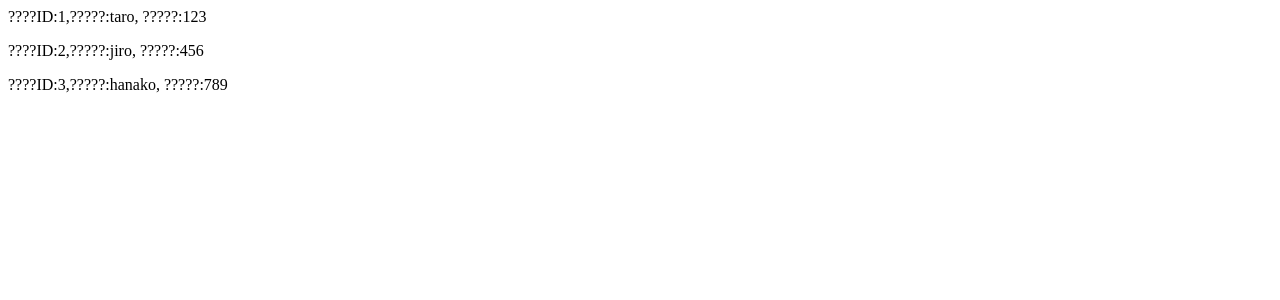
Repository: asian-sea/test
Page: http://localhost/HelloServlet/MySQLServlet
An editor plug-in stored every save of this project. The page is shown before and after the next save, followed by the edit.
The browser window is 1280 px wide. The pictures show the whole page.
The page is served by Tomcat 9. Other server files are loaded and not shown. The database holds what the project's SQL file puts in it.

Above is the page before, as saved 2019-02-13 11:31:40.

### HelloServlet/src/MySQLServlet.java


import java.io.IOException;
import java.io.PrintWriter;
import java.sql.Connection;
import java.sql.DriverManager;
import java.sql.ResultSet;
import java.sql.SQLException;
import java.sql.Statement;

import javax.servlet.ServletException;
import javax.servlet.annotation.WebServlet;
import javax.servlet.http.HttpServlet;
import javax.servlet.http.HttpServletRequest;
import javax.servlet.http.HttpServletResponse;

@WebServlet("/MySQLServlet")
public class MySQLServlet extends HttpServlet {
	private static final long serialVersionUID = 1L;

    public MySQLServlet() {
        super();
    }

	protected void doGet(HttpServletRequest request, HttpServletResponse response) throws ServletException, IOException {
		request.setCharacterEncoding("UTF-8");
		response.setContentType("text/html; charaset=UTF-8");

		PrintWriter out=response.getWriter();

		out.println("<html>");
		out.println("<head>");
		out.println("<title>データベーステスト</title>");
		out.println("</head>");
		out.println("<body>");

		Connection conn = null;
		String url ="jdbc:mysql://localhost/testdb";
		String user ="root";
		String password = "mysql";

		try{
			Class.forName("com.mysql.jdbc.Driver").newInstance();
			conn = DriverManager.getConnection(url, user, password);

			Statement stmt = conn.createStatement();
			String sql = "SELECT * FROM test_table";
			ResultSet rs = stmt.executeQuery(sql);

			while(rs.next()){
				int userId = rs.getInt("user_id");
				String userName = rs.getString("user_name");
				String userPassword = rs.getString("password");
				out.println("<p>");
				out.println("ユーザーID:"+ userId + ",ユーザー名:"+ userName+", パスワード:"+userPassword);
				out.println("</p>");
			}

			rs.close();
			stmt.close();
		}catch(ClassNotFoundException e){
			out.println("ClassNotFoundException:"+ e.getMessage());
		}catch(SQLException e){
			out.println("SQLException:"+ e.getMessage());
		}catch(Exception e){
			out.println("Exception:"+ e.getMessage());
		}finally{
			try{
				if(conn !=null){
					conn.close();
				}
			}catch(SQLException e){
				out.println("SQLException:"+ e.getMessage());
			}
		}

		out.println("</body>");
		out.println("</html>");
	}

}

### HelloServlet/sql/testdb.sql (the tables this page reads)
create table test_table(
user_id int,
user_name varchar(255),
password varchar(255)
);

insert into test_table values(1,"taro","123");

insert into test_table values(2,"jiro","456");

insert into test_table values(3,"hanako","789");

After the next save:
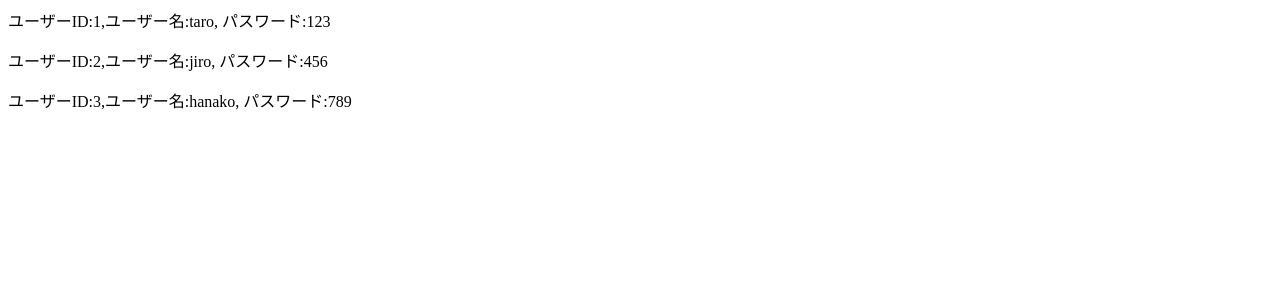
Saved 9 min 57 s later.
--- a/HelloServlet/src/MySQLServlet.java
+++ b/HelloServlet/src/MySQLServlet.java
@@ -24,7 +24,7 @@ public class MySQLServlet extends HttpServlet {
 
 	protected void doGet(HttpServletRequest request, HttpServletResponse response) throws ServletException, IOException {
 		request.setCharacterEncoding("UTF-8");
-		response.setContentType("text/html; charaset=UTF-8");
+		response.setContentType("text/html; charset=UTF-8");
 
 		PrintWriter out=response.getWriter();
 
